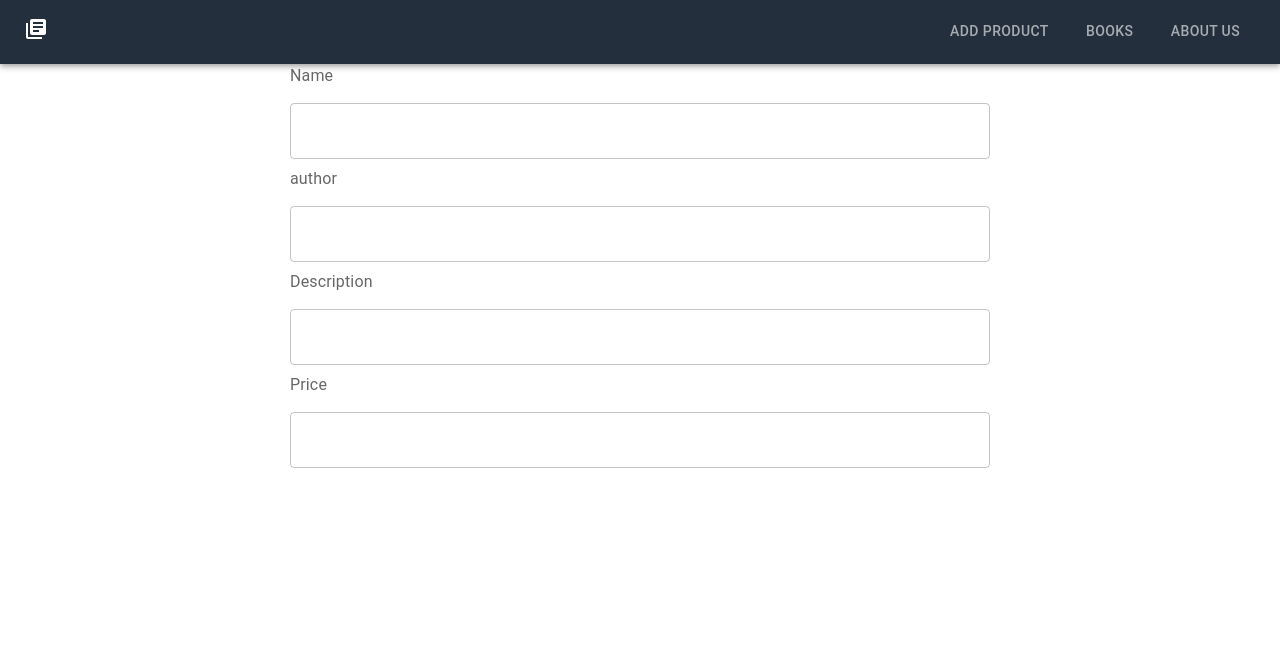
Repository: CydexCode/Book_Store_App-MERN-Stack
Page: /add (app in book-store/)
These files come from the project's save history. The page is drawn as it stood at one moment and after the next save; the edit follows.
The browser window is 1280 px wide. The pictures show the whole page.
The project was rebuilt for these pictures with package versions that can differ from the ones it lists, and the page was loaded fresh each time. Also part of the build but not shown: book-store/src/components/Home.js, book-store/src/components/Book/Book.css, book-store/src/components/Book/Book.js, book-store/src/components/Book/Books.js, book-store/src/components/About.js.

Above is the page before, as saved 2022-09-08 13:28:28.

### book-store/src/index.js
import React from 'react';
import ReactDOM from 'react-dom/client';
import './index.css';
import App from './App';
import { BrowserRouter } from 'react-router-dom';


const root = ReactDOM.createRoot(document.getElementById('root'));
root.render(
  <BrowserRouter>
  <React.StrictMode>
    <App />
  </React.StrictMode>
  </BrowserRouter>
);

// If you want to start measuring performance in your app, pass a function
// to log results (for example: reportWebVitals(console.log))
// or send to an analytics endpoint. Learn more: https://bit.ly/CRA-vitals

### book-store/src/index.css
/*body {
  margin: 0;
  font-family: -apple-system, BlinkMacSystemFont, 'Segoe UI', 'Roboto', 'Oxygen',
    'Ubuntu', 'Cantarell', 'Fira Sans', 'Droid Sans', 'Helvetica Neue',
    sans-serif;
  -webkit-font-smoothing: antialiased;
  -moz-osx-font-smoothing: grayscale;
}

code {
  font-family: source-code-pro, Menlo, Monaco, Consolas, 'Courier New',
    monospace;
} */

*{
  padding: 0;
  margin: 0;
}

### book-store/src/App.js
import React  from "react";
import Header from "./components/Header";
import { Route ,Routes } from 'react-router-dom';
import Home from "./components/Home";
import AddBook from "./components/AddBook";
import Books from "./components/Book/Books";
import About from "./components/About";


function App() {
  return (

   <React.Fragment>
    <header>
    <Header />
    </header>
    <main>
      <Routes>
        <Route path="/" element={<Home />} exact />
        <Route path="/add" element={<AddBook />} exact />
        <Route path="/books" element={<Books />} exact />
        <Route path="/about" element={<About />} exact />
      </Routes>
    </main>
    </React.Fragment>
  );
}

export default App;

### book-store/src/components/Header.js
import React, { useState } from 'react';
import { AppBar, Tab, Tabs, Toolbar, Typography } from "@mui/material";
import LibraryBooksIcon from '@mui/icons-material/LibraryBooks';
import { NavLink} from 'react-router-dom';
const Header = () => {
    const [value, setValue] = useState();
  return (
    <div>
      <AppBar sx={{ backgroundColor:"#232F3D"}} position='sticky'>
<Toolbar>
<Typography>
            <LibraryBooksIcon />
            </Typography>

            <Tabs sx={{ml:"auto"}} textColor="inherit" indicatorColor="secondary" value={value} onChange={(e,val) =>setValue(val)}>
                <Tab LinkComponent={NavLink} to="/add" label="Add product" />
                <Tab  LinkComponent={NavLink} to="/books" label="Books" />
                <Tab  LinkComponent={NavLink} to="/about" label="About Us" />
            </Tabs>

</Toolbar>
      </AppBar>
    </div>
  );
};

export default Header;

### book-store/src/components/AddBook.js
import { FormLabel, TextField } from '@mui/material';
import { Box } from '@mui/system';
import React from 'react';

const AddBook = () => {
  return (
<form>
    <Box display='flex' flexDirection='column' justifyContent={'center'} maxWidth={700} alignContent={'center'} alignSelf='center' marginLeft={"auto"} marginRight='auto'>
    <FormLabel>Name</FormLabel>
<TextField margin='normal' fullWidth variant='outlined' name='name'/>
<FormLabel>author</FormLabel>
<TextField margin='normal' fullWidth variant='outlined' name='author'/>
<FormLabel>Description</FormLabel>
<TextField margin='normal' fullWidth variant='outlined' name='description'/>
<FormLabel>Price</FormLabel>
<TextField margin='normal' fullWidth variant='outlined' name='price'/>
</Box>

  </form>

  ) ;
};

export default AddBook;

Loaded but not shown: book-store/public/index.html (common file)

After the next save:
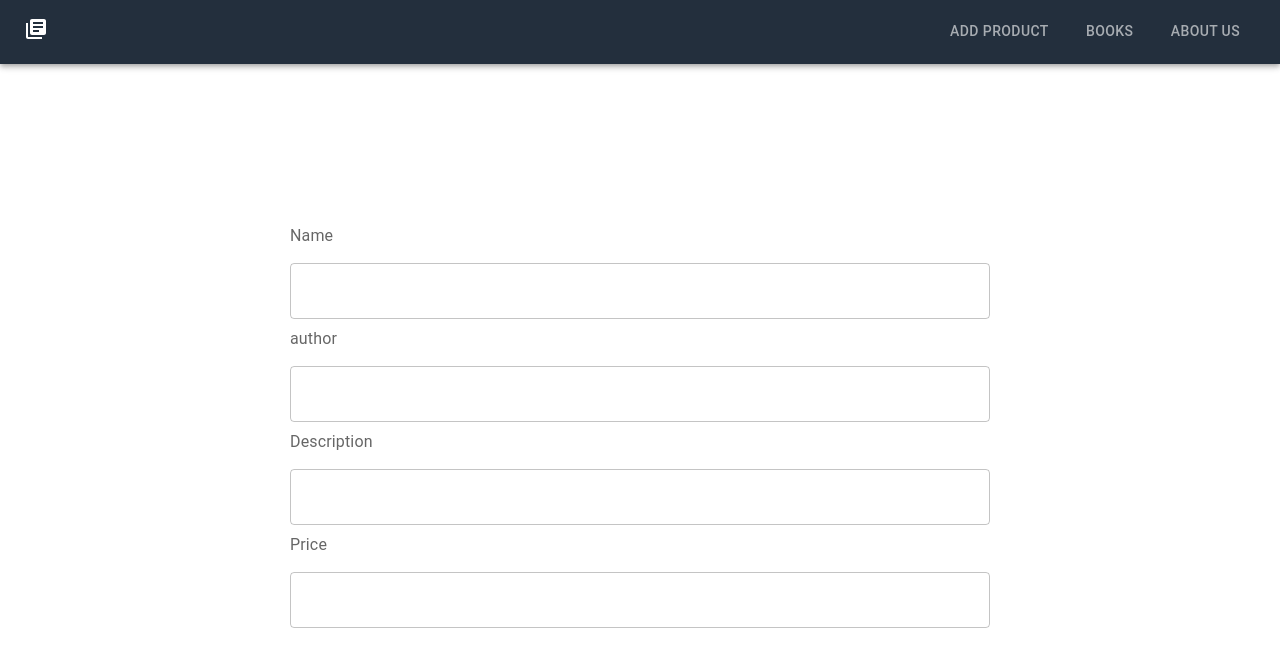
Saved 50 s later.
--- a/book-store/src/components/AddBook.js
+++ b/book-store/src/components/AddBook.js
@@ -5,7 +5,7 @@ import React from 'react';
 const AddBook = () => {
   return (
 <form>
-    <Box display='flex' flexDirection='column' justifyContent={'center'} maxWidth={700} alignContent={'center'} alignSelf='center' marginLeft={"auto"} marginRight='auto'>
+    <Box display='flex' flexDirection='column' justifyContent={'center'} maxWidth={700} alignContent={'center'} alignSelf='center' marginLeft={"auto"} marginRight='auto' marginTop={20}>
     <FormLabel>Name</FormLabel>
 <TextField margin='normal' fullWidth variant='outlined' name='name'/>
 <FormLabel>author</FormLabel>
